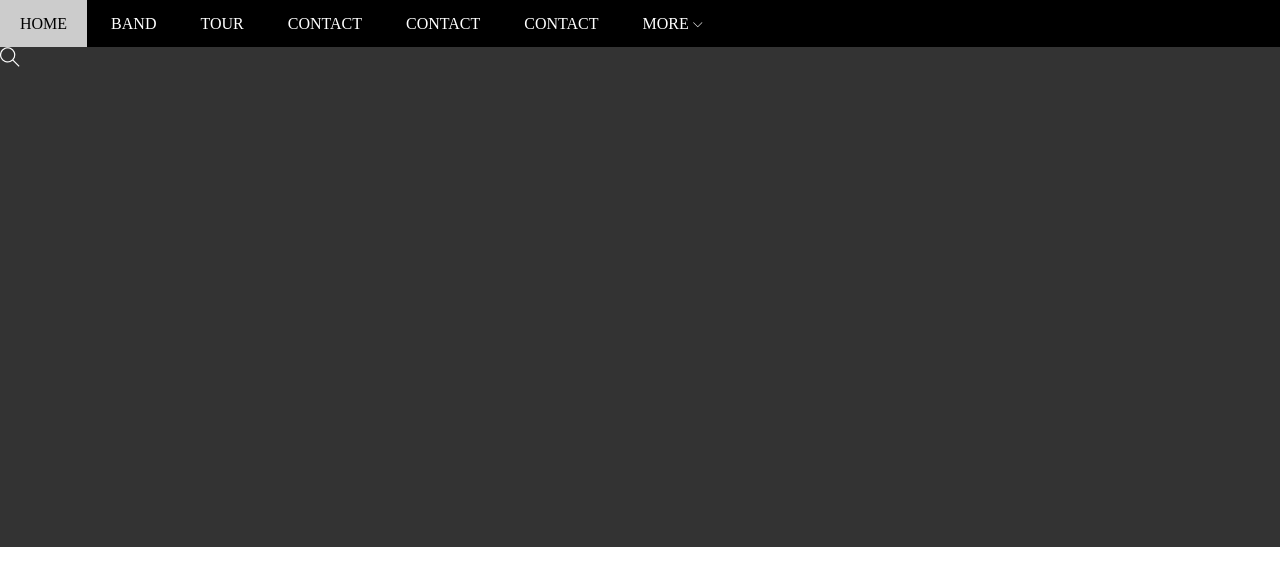
Repository: Dino0411/Dino0411.github.io
Page: index.html
The author's editor kept a copy of each file at every save. The page is drawn from the files as they stood at one save, then again after the next save.
The browser window is 1280 px wide. The pictures show the whole page.

Above is the page before, as saved 2021-10-03 23:28:15.

### index.html
<!DOCTYPE html>
<html lang="en">
<head>
    <meta charset="UTF-8">
    <meta http-equiv="X-UA-Compatible" content="IE=edge">
    <meta name="viewport" content="width=device-width, initial-scale=1.0">
    <link rel="stylesheet" href="./assets/css/style.css">
    <link rel="stylesheet" href="./assets/fonts/themify-icons/themify-icons.css">
    <title>Document</title>
</head>
<body>
    <div id="main">
        <!-- TODO:header -->
        <div id="header">
            <!-- TODO:begin nav -->
            <ul id="nav">
                <li><a href="">Home</a></li>
                <li><a href="">Band</a></li>
                <li><a href="">Tour</a></li>
                <li><a href="">Contact</a></li>
                <li><a href="">Contact</a></li>
                <li><a href="">Contact</a></li>
                <li>
                    <a href="">
                        More
                        <i class="nav-arrow-down ti-angle-down"></i>
                    </a>
                    <ul class="subnav">
                        <li><a href="">Merchandise</a></li>
                        <li><a href="">Extras</a></li>
                        <li><a href="">Media</a></li>
                    </ul>
                </li>
            </ul>
            <!-- TODO:end nav -->

            <!-- TODO:begin search -->
            <div class="search-bth">
                <i class="search-icon ti-search"></i>
            </div>
            <!-- TODO:end search -->
        </div>
        <!-- TODO:slider -->
        <div id="slider">

        </div>
        <!-- TODO:content -->
        <div id="content">

        </div>
        <!-- TODO:footer -->
        <div id="footer">

        </div>
    </div>
</body>
</html>

### assets/css/style.css
/* ! reser css
    ! Emmet(p0;m0)
*/
* {
  margin: 0;
  padding: 0;
  box-sizing: border-box;
}

html {
  font-family: cursive;
}
/* TODO:start
TODO: từ ngoài vào trong
TODO: từ trên xuống dưới
TODO:tổng quan đến chi tiết
*/

/*
? vị trí
? kích thước(width,height)
? màu sắc
? kiểu dáng(kiểu chữ,...)
*/
#main {
}
#header {
  height: 47px;
  background-color: #000;
}
#nav {
  display: inline-block;
}
#nav,
.subnav {
  list-style: none;
}
#nav > li {
  display: inline-block;
  position: relative;
}
#nav > li > a {
  color: #fff;
  text-transform: uppercase;
}
#nav li a {
  text-decoration: none;
  padding: 0px 20px;
  line-height: 47px;
}
#nav li:hover .subnav {
  display: block;
}
#nav > li:hover > a,
#nav .subnav a:hover {
  color: #000;
  background-color: #ccc;
  display: block;
}
#nav .subnav {
  display: none;
  position: absolute;
  top: 100%;
  left: 0;
  min-width: 160px;
  background-color: #fff;
  box-shadow: rgba(100, 100, 111, 0.5) 0px 7px 29px 0px;
}
#nav .subnav a {
  color: #000;
  padding: 0 12px;
  line-height: 40px;
}
#nav .nav-arrow-down {
  font-size: 10px;
}
#header .search-bth {
}
#header .search-icon {
  color: #fff;
  font-size: 20px;
}
#slider {
  min-height: 500px;
  background-color: #333;
}
#content {
}
#footer {
}

Loaded but not shown: assets/fonts/themify-icons/themify-icons.css (common file)

After the next save:
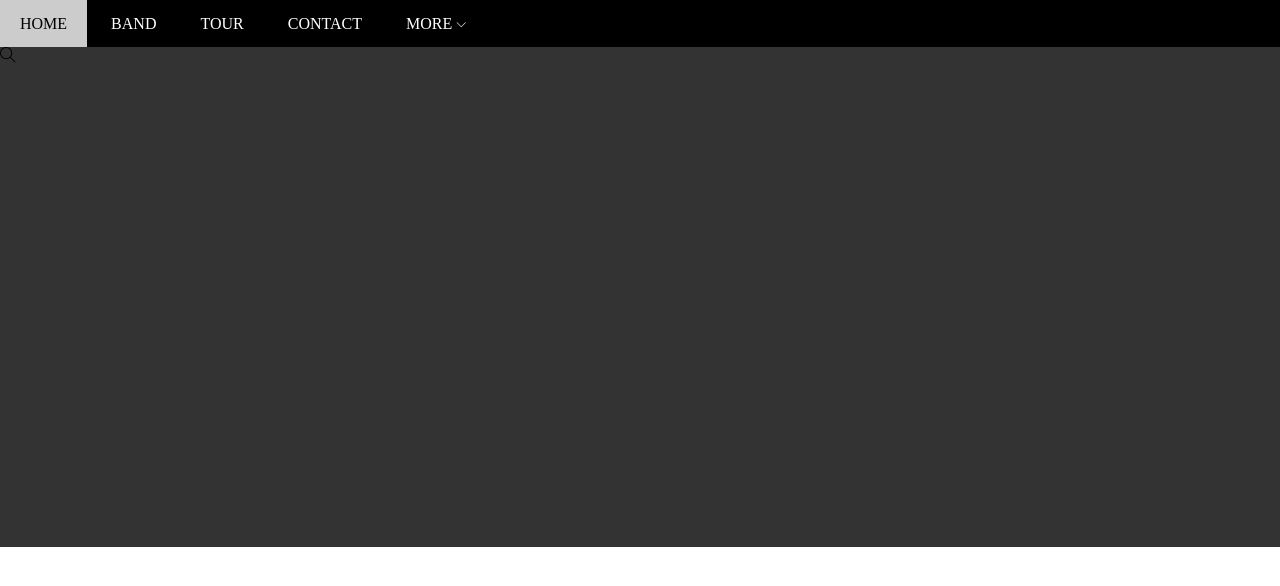
Saved 20 s later.
--- a/index.html
+++ b/index.html
@@ -18,8 +18,6 @@
                 <li><a href="">Band</a></li>
                 <li><a href="">Tour</a></li>
                 <li><a href="">Contact</a></li>
-                <li><a href="">Contact</a></li>
-                <li><a href="">Contact</a></li>
                 <li>
                     <a href="">
                         More
@@ -36,7 +34,7 @@
 
             <!-- TODO:begin search -->
             <div class="search-bth">
-                <i class="search-icon ti-search"></i>
+                <i class="search-i ti-search"></i>
             </div>
             <!-- TODO:end search -->
         </div>
